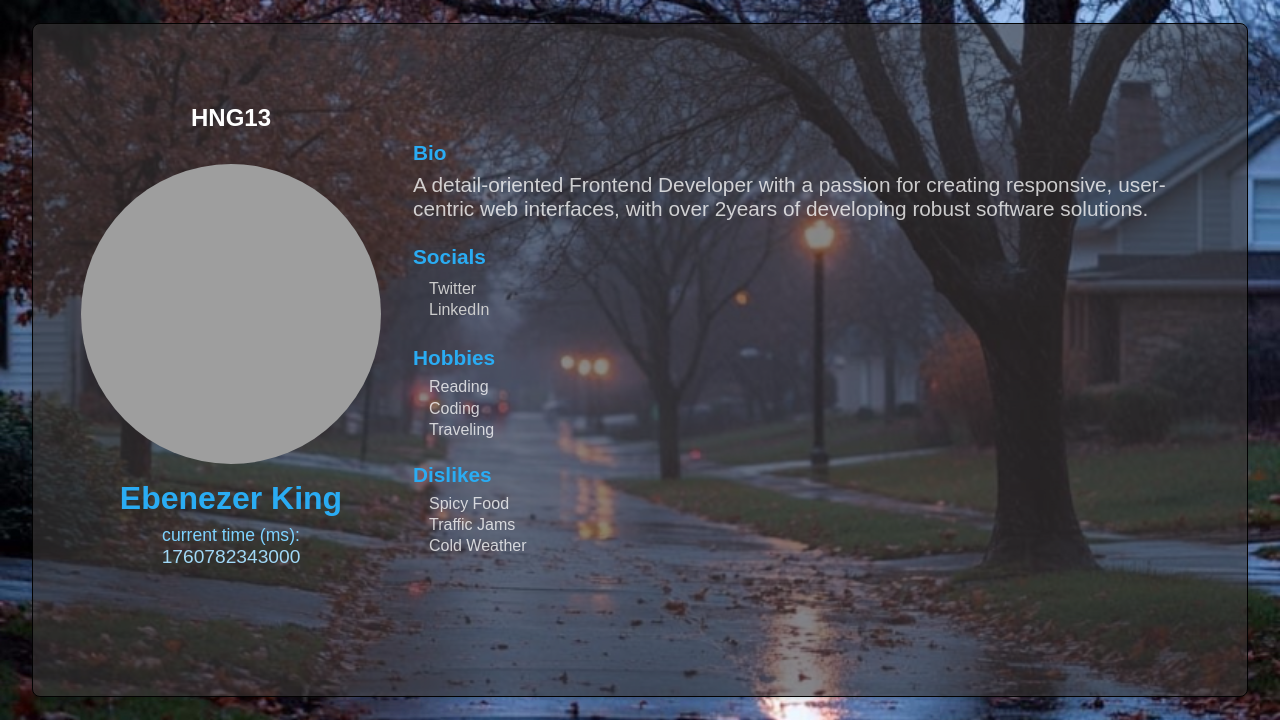
Repository: ebenezertiewei/profileCard
Page: index.html
The author's editor kept a copy of each file at every save. The page is drawn from the files as they stood at one save, then again after a run of saves.
The browser window is 1280 px wide. The pictures show the whole page.
Pictures or frames that could not be fetched are drawn as grey boxes.

Above is the page before, as saved 2025-10-18 12:33:23.

### index.html
<!DOCTYPE html>
<html lang="en">
	<head>
		<meta charset="UTF-8" />
		<meta name="viewport" content="width=device-width, initial-scale=1.0" />
		<title>Profile Card</title>
		<link rel="stylesheet" href="style.css" />
	</head>
	<body>
		<!--------------------------------- PROFILE CARD CONTAINER ---------------------------->
		<article data-testid="test-profile-card">
			<header>
				<h1>HNG13</h1>
				<!---------------------------------- PROFILE HEADER ---------------------------->
				<div id="profileHeader" data-testid="test-profile-header">
					<figure>
						<img
							src="https://ca.slack-edge.com/T09AMR8A9C3-U09L73CQQ2K-7e805defcf15-512"
							alt="Profile Avatar"
							data-testid="test-user-avatar"
							id="profileAvatar"
						/>
						<!-- <figcaption>Ebenezer King</figcaption> -->
					</figure>
					<!----------- user name ----------->
					<h2 data-testid="test-user-name">Ebenezer King</h2>
					<!----------- current time----------->
					<span data-testid="test-user-time-header" class="time-header">
						current time (ms):
						<p data-testid="test-user-time"></p>
					</span>
				</div>
			</header>

			<!---------------------------------- PROFILE DETAILS ---------------------------->
			<div id="profileDetails" data-testid="test-profile-details">
				<section>
					<h3 data-testid="test-user-bio-header" class="bio-header">Bio</h3>
					<p data-testid="test-user-bio">
						A detail-oriented Frontend Developer with a passion for creating
						responsive, user-centric web interfaces, with over 2years of
						developing robust software solutions.
					</p>
				</section>
				<!--------------------- social links ------------->
				<section>
					<h3
						data-testid="test-user-social-links-header"
						class="social-links-header"
					>
						Socials
					</h3>
					<nav data-testid="test-user-social-links">
						<ul>
							<li>
								<a
									href="https://x.com/txch_king?s=11&t=o3w1r65yzU2hxbP-LDD1ug"
									target="_blank"
									rel="noopener noreferrer"
									data-testid="test-user-social-twitter"
								>
									Twitter
								</a>
							</li>
							<li>
								<a
									href="https://www.linkedin.com/in/ebenezer-t-093b21320/"
									target="_blank"
									rel="noopener noreferrer"
									data-testid="test-user-social-linkedin"
								>
									LinkedIn
								</a>
							</li>
						</ul>
					</nav>
				</section>

				<!--------------------- hobbies ------------->
				<section data-testid="test-user-hobbies">
					<h3 data-testid="test-user-hobbies-header" class="hobbies-header">
						Hobbies
					</h3>
					<ul>
						<li>Reading</li>
						<li>Coding</li>
						<li>Traveling</li>
					</ul>
				</section>
				<!--------------------- dislikes ------------->
				<section data-testid="test-user-dislikes">
					<h3 data-testid="test-user-dislikes-header" class="dislikes-header">
						Dislikes
					</h3>
					<ul>
						<li>Spicy Food</li>
						<li>Traffic Jams</li>
						<li>Cold Weather</li>
					</ul>
				</section>
			</div>
		</article>

		<!-- javascript link -->
		<script src="script.js"></script>
	</body>
</html>

### style.css
/* ---------------------------------------------------------------- */
/*--------------- Project body general style ---------------*/
html {
	width: 100dvw;
	font-family: Arial, sans-serif;
	font-size: 1rem;
	font-weight: 400;
}
body {
	background-color: #605a5a;
	background-image: url("./assets/states.jpg");
	background-size: cover;
	background-position: center;
	background-repeat: no-repeat;
	/* height: 100%; */
	width: 100%;
}
* {
	padding: 0;
	margin: 0;
	border: 0;
	box-sizing: border-box;
	outline: none;
}

/*--------------------------MOBILE WORKFLOW---------------------*/
/*--------------profile card container -------------------*/
article[data-testid="test-profile-card"] {
	/* height: 100%; */
	width: 100%;
	padding: 3rem 1rem;
	background-color: rgba(61, 58, 58, 0.6);
	color: rgba(255, 255, 255, 0.761);
	display: flex;
	flex-direction: column;
	align-items: center;
	border: 1px solid #020202;
	border-radius: 8px;
	box-shadow: 0 2px 4px rgba(0, 0, 0, 0.1);
}

h1 {
	color: #fff;
	text-align: center;
	margin-bottom: 1rem;
}

/*-------------  PROFILE HEADER  -------------*/
#profileHeader {
	width: 100%;
	display: flex;
	flex-direction: column;
	padding: 1rem 0;
	/* background-color: orange; */
}
#profileHeader figure {
	display: flex;
	flex-direction: column;
	align-items: center;
	margin-bottom: 0.5rem;
}
/*------------- profile header image -------------*/
#profileHeader img {
	border-radius: 50%;
	width: 300px;
	height: 300px;
	object-fit: cover;
}
#avatarUpload::file-selector-button {
	background-color: rgba(61, 58, 58, 0.6);
	color: #a8a8a8;
	padding: 0.5rem 1rem;
	border: 1px solid #555555;
	border-radius: 6px;
	cursor: pointer;
	font-size: 0.9rem;
	transition: background 0.3s;
}
#avatarUpload::file-selector-button:hover {
	background-color: #45a049;
	color: black;
}
#avatarUpload {
	color: #a8a8a8;
}
#avatarUrl::placeholder {
	background-color: rgb(61, 58, 58);
	color: #a8a8a8;
}
#avatarUrl {
	/* color: #ccc; */
	padding: 0.5rem;
	background-color: rgb(61, 58, 58);
	border: 1px solid #555555;
	border-radius: 6px;
}
/*--------------profile name --------------*/
#profileHeader h2 {
	display: flex;
	justify-content: center;
	margin: 0.5rem 0;
	font-size: 2rem;
	font-weight: 600;
	color: #2aacf3;
}
/*-------------- current time --------------*/
#profileHeader span[data-testid="test-user-time-header"] {
	display: flex;
	flex-direction: column;
	justify-content: center;
	align-items: center;
	font-size: 1.1rem;
	margin-bottom: 1rem;
	color: #7ed2ff;
}
#profileHeader p[data-testid="test-user-time"] {
	margin-bottom: 1rem;
	font-size: 1.2rem;
	color: #a1d8f6;
}
/*--------------  PROFILE DETAILS  --------------*/
.bio-header {
	display: flex;
	flex-direction: column;
	justify-content: start;
	margin-bottom: 0.5rem;
	font-size: 1.3rem;
	color: #2aacf3;
}
#profileDetails p[data-testid="test-user-bio"] {
	font-size: 1.3rem;
	margin-bottom: 1.5rem;
}
/* ------------------ social links --------------- */
.social-links-header {
	display: flex;
	flex-direction: column;
	justify-content: start;
	margin-bottom: 0.5rem;
	font-size: 1.3rem;
	color: #2aacf3;
}
#profileDetails nav[data-testid="test-user-social-links"] {
	display: flex;
	flex-direction: column;
	justify-content: start;
	margin-bottom: 1.5rem;
}
#profileDetails nav[data-testid="test-user-social-links"] ul {
	list-style: none;
}
#profileDetails nav[data-testid="test-user-social-links"] li {
	margin: 0.2rem 1rem;
}
#profileDetails nav[data-testid="test-user-social-links"] a {
	color: #ccc;
	text-decoration: none;
}
#profileDetails nav[data-testid="test-user-social-links"] a:hover {
	text-decoration: underline;
}
/* ------------------ hobbies --------------- */
.hobbies-header {
	display: flex;
	flex-direction: column;
	justify-content: start;
	margin-bottom: 0.5rem;
	font-size: 1.3rem;
	color: #2aacf3;
}
#profileDetails section[data-testid="test-user-hobbies"] ul {
	list-style: none;
	margin-bottom: 1.5rem;
}
#profileDetails section[data-testid="test-user-hobbies"] li {
	margin: 0.2rem 1rem;
}
/* ------------------ dislikes --------------- */
.dislikes-header {
	display: flex;
	flex-direction: column;
	justify-content: start;
	margin-bottom: 0.5rem;
	font-size: 1.3rem;
	color: #2aacf3;
}
#profileDetails section[data-testid="test-user-dislikes"] ul {
	list-style: none;
	margin-bottom: 1.5rem;
}
#profileDetails section[data-testid="test-user-dislikes"] li {
	margin: 0.2rem 1rem;
}

/* ---------------------------------- MEDIA QUERY ------------------------------- */
/* ------------------- tablet ------------------- */
@media (min-width: 768px) {
	html {
		height: 100dvh;
	}
	body {
		height: 100%;
		display: flex;
		justify-content: center;
		align-items: center;
		padding: 0 2rem;
	}
	article[data-testid="test-profile-card"] {
		display: flex;
		flex-direction: row;
		width: 100%;
		gap: 2rem;
	}
}
/* ------------------- desktop ------------------- */
@media (min-width: 1024px) {
	article[data-testid="test-profile-card"] {
		padding: 5rem 3rem;
	}
}

### script.js
// --------------------------------------------------------------------------
// ------------------- current time in milliseconds ----------
window.addEventListener("DOMContentLoaded", () => {
	const timeElement = document.querySelector('[data-testid="test-user-time"]');

	function updateTime() {
		const currentTime = Date.now();
		timeElement.textContent = currentTime;
	}

	updateTime();
	setInterval(updateTime, 100);
});

After the next 5 saves:
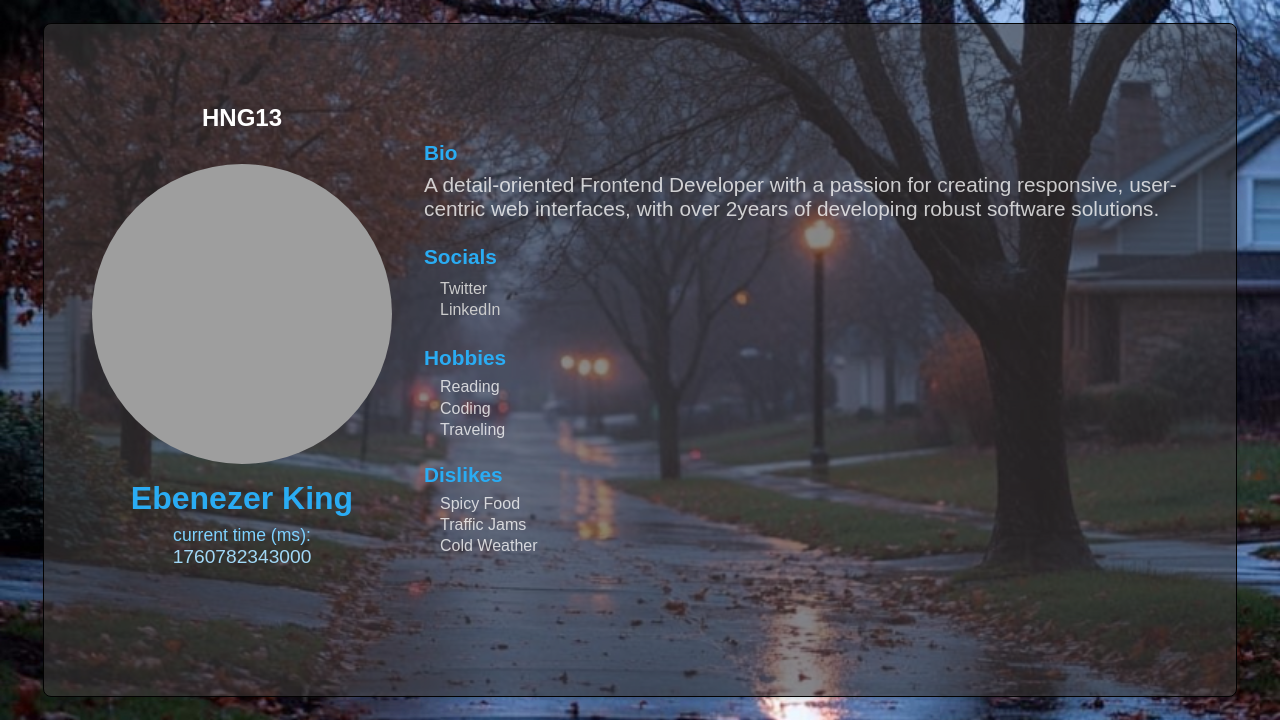
The 5 saves are shown as one change because they came seconds apart.
The last was saved 48 s later.
--- a/style.css
+++ b/style.css
@@ -27,7 +27,7 @@ body {
 /*--------------profile card container -------------------*/
 article[data-testid="test-profile-card"] {
 	/* height: 100%; */
-	width: 100%;
+	max-width: 1194px;
 	padding: 3rem 1rem;
 	background-color: rgba(61, 58, 58, 0.6);
 	color: rgba(255, 255, 255, 0.761);
